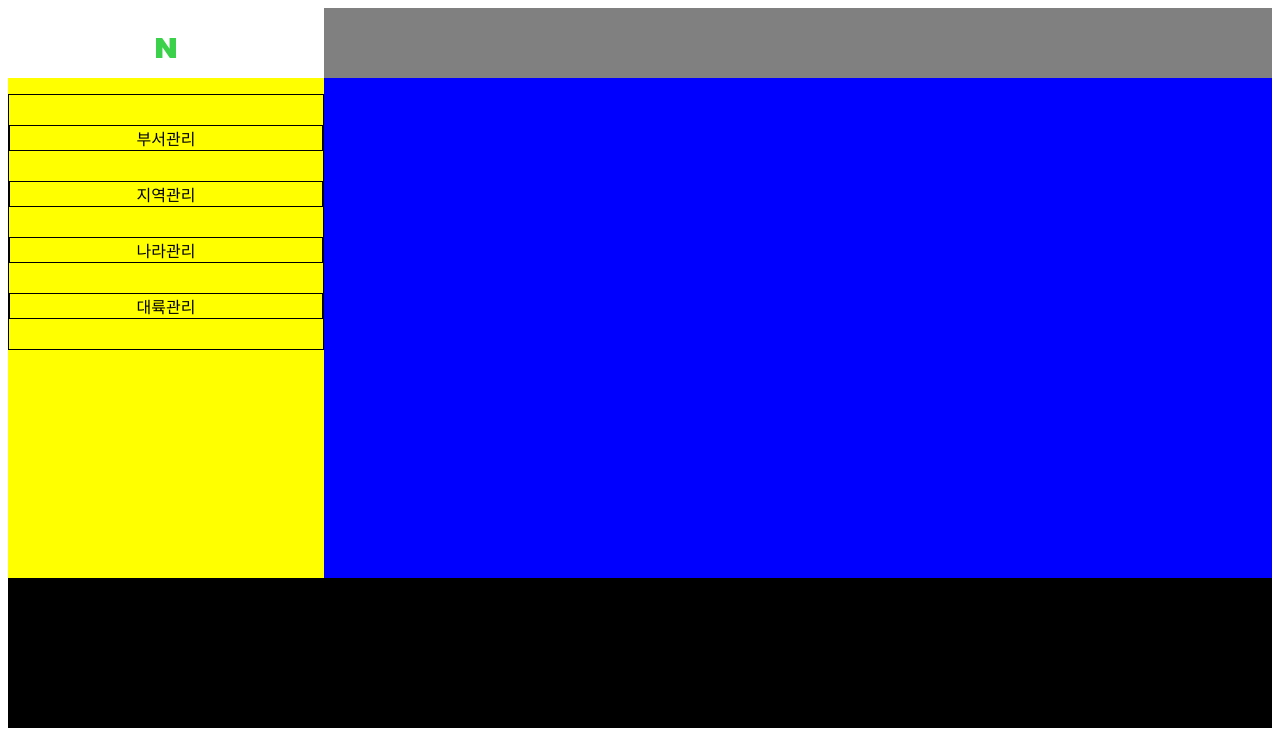
Repository: mireu930/Serverlet_App
Page: src/build/classes/webapp/template/layout.html
An editor plug-in stored every save of this project. The page is shown before and after the next save, followed by the edit.
The browser window is 1280 px wide. The pictures show the whole page.

Above is the page before, as saved 2025-02-07 11:59:04.

After the next save:
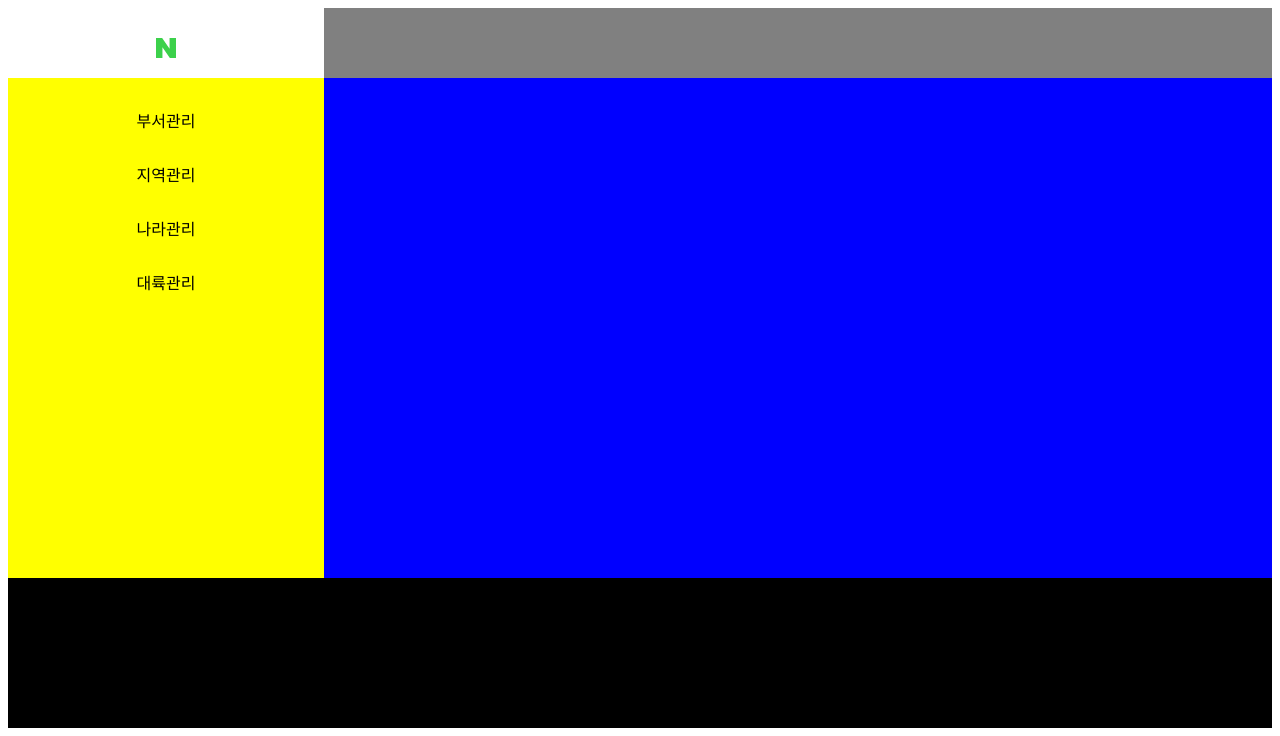
Saved 10 s later.
--- a/src/build/classes/webapp/template/layout.html
+++ b/src/build/classes/webapp/template/layout.html
@@ -55,7 +55,7 @@
 
 .content_left ul {
   list-style: none;
-  border: 1px black solid;
+  /* border: 1px black solid; */
   /* margin: auto 0; */
   /* text-align: center; */
   padding: 0;
@@ -63,7 +63,7 @@
 
 .content_left ul li {
   margin: 30px 0;
-  border: 1px black solid;
+  /* border: 1px black solid; */
   display: block;
   text-align: center;
 }
